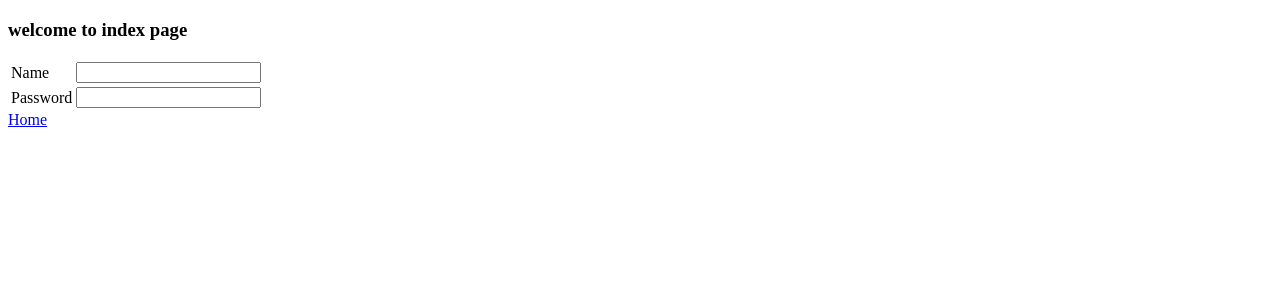
Repository: ShivrajMPujari/Spring_Rest
Page: http://localhost/SpringMVCdemo/
The author's editor kept a copy of each file at every save. The page is drawn from the files as they stood at one save, then again after the next save.
The browser window is 1280 px wide. The pictures show the whole page.
The page is served by Tomcat 9.

Above is the page before, as saved 2018-07-25 11:42:04.

After the next save:
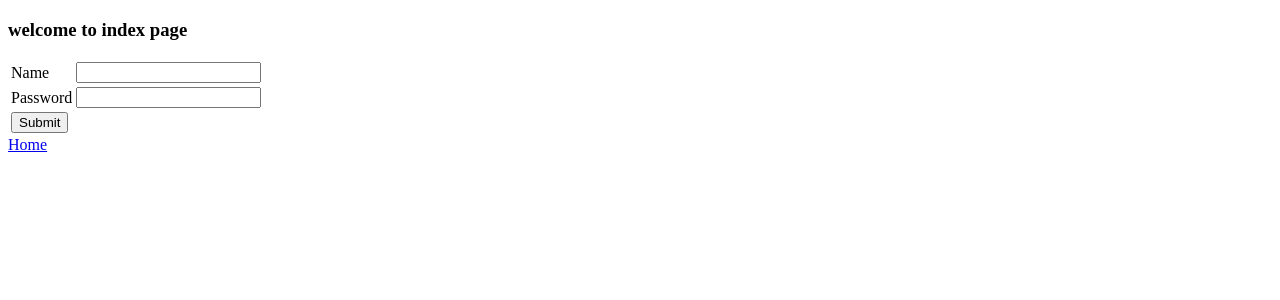
Saved 84 s later.
--- a/SpringMVCdemo/src/main/webapp/WEB-INF/views/index.jsp
+++ b/SpringMVCdemo/src/main/webapp/WEB-INF/views/index.jsp
@@ -21,6 +21,9 @@
   <td> Password </td>
   <td> <input name="name" type="password"/></td>
   </tr>
+  <tr>
+  <td colspan="2"><input type="submit"> </td>
+  </tr>
 </table>
 
 
